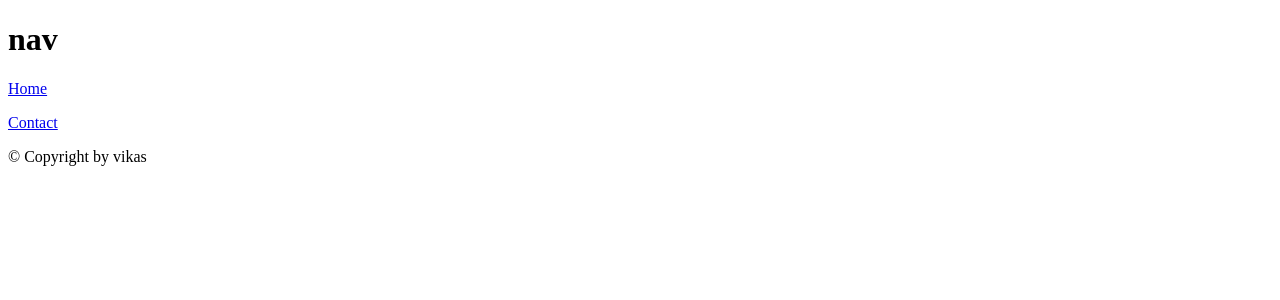
Repository: Sakivaday/UI-TSQ
Page: Aptana Studio 3 Workspace/tsq/assignment3/nav.html
These files come from the project's save history. The page is drawn as it stood at one moment and after the next save; the edit follows.
The browser window is 1280 px wide. The pictures show the whole page.

Above is the page before, as saved 2015-01-16 19:29:31.

### Aptana Studio 3 Workspace/tsq/assignment3/nav.html
<!DOCTYPE html>
<html lang="en">
	<head>
		<meta charset="utf-8">

		<!-- Always force latest IE rendering engine (even in intranet) & Chrome Frame
		Remove this if you use the .htaccess -->
		<meta http-equiv="X-UA-Compatible" content="IE=edge,chrome=1">

		<title>nav</title>
		<meta name="description" content="">
		<meta name="author" content="vikas">

		<meta name="viewport" content="width=device-width; initial-scale=1.0">

		<!-- Replace favicon.ico & apple-touch-icon.png in the root of your domain and delete these references -->
		<link rel="shortcut icon" href="/favicon.ico">
		<link rel="apple-touch-icon" href="/apple-touch-icon.png">
	</head>

	<body>
		<div>
			<header>
				<h1>nav</h1>
			</header>
			<nav>
				<p>
					<a href="/">Home</a>
				</p>
				<p>
					<a href="/contact">Contact</a>
				</p>
			</nav>

			<div>

			</div>

			<footer>
				<p>
					&copy; Copyright  by vikas
				</p>
			</footer>
		</div>
	</body>
</html>

Loaded but not shown: Aptana Studio 3 Workspace/tsq/assignment3/navstyle.css (common file)

After the next save:
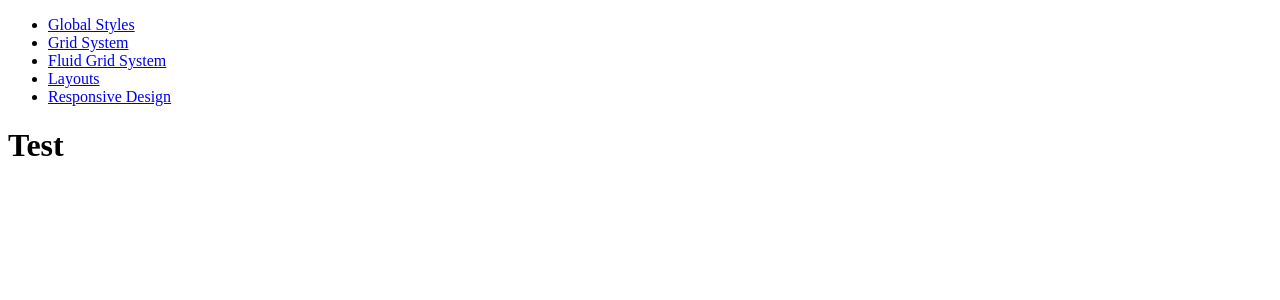
Saved 24 min 25 s later.
--- a/Aptana Studio 3 Workspace/tsq/assignment3/nav.html
+++ b/Aptana Studio 3 Workspace/tsq/assignment3/nav.html
@@ -1,46 +1,22 @@
 <!DOCTYPE html>
 <html lang="en">
 	<head>
-		<meta charset="utf-8">
+		<title>Pseudo</title>
 
-		<!-- Always force latest IE rendering engine (even in intranet) & Chrome Frame
-		Remove this if you use the .htaccess -->
-		<meta http-equiv="X-UA-Compatible" content="IE=edge,chrome=1">
 
-		<title>nav</title>
-		<meta name="description" content="">
-		<meta name="author" content="vikas">
-
-		<meta name="viewport" content="width=device-width; initial-scale=1.0">
-
-		<!-- Replace favicon.ico & apple-touch-icon.png in the root of your domain and delete these references -->
-		<link rel="shortcut icon" href="/favicon.ico">
-		<link rel="apple-touch-icon" href="/apple-touch-icon.png">
+        <link href ="navstyle.css"  rel="stylesheet" type="text/css" media="all"/>
 	</head>
 
 	<body>
-		<div>
-			<header>
-				<h1>nav</h1>
-			</header>
-			<nav>
-				<p>
-					<a href="/">Home</a>
-				</p>
-				<p>
-					<a href="/contact">Contact</a>
-				</p>
-			</nav>
-
-			<div>
-
-			</div>
-
-			<footer>
-				<p>
-					&copy; Copyright  by vikas
-				</p>
-			</footer>
-		</div>
+		<div class="side-nav">
+            <ul>
+                <li><a href="#">Global Styles</a></li>
+            <li><a href="#">Grid System</a></li>
+            <li><a href="#">Fluid Grid System</a></li>
+            <li><a href="#">Layouts</a></li>
+            <li><a href="#">Responsive Design</a></li>
+            </ul>
+        </div>
+        <h1>Test</h1>
 	</body>
 </html>
